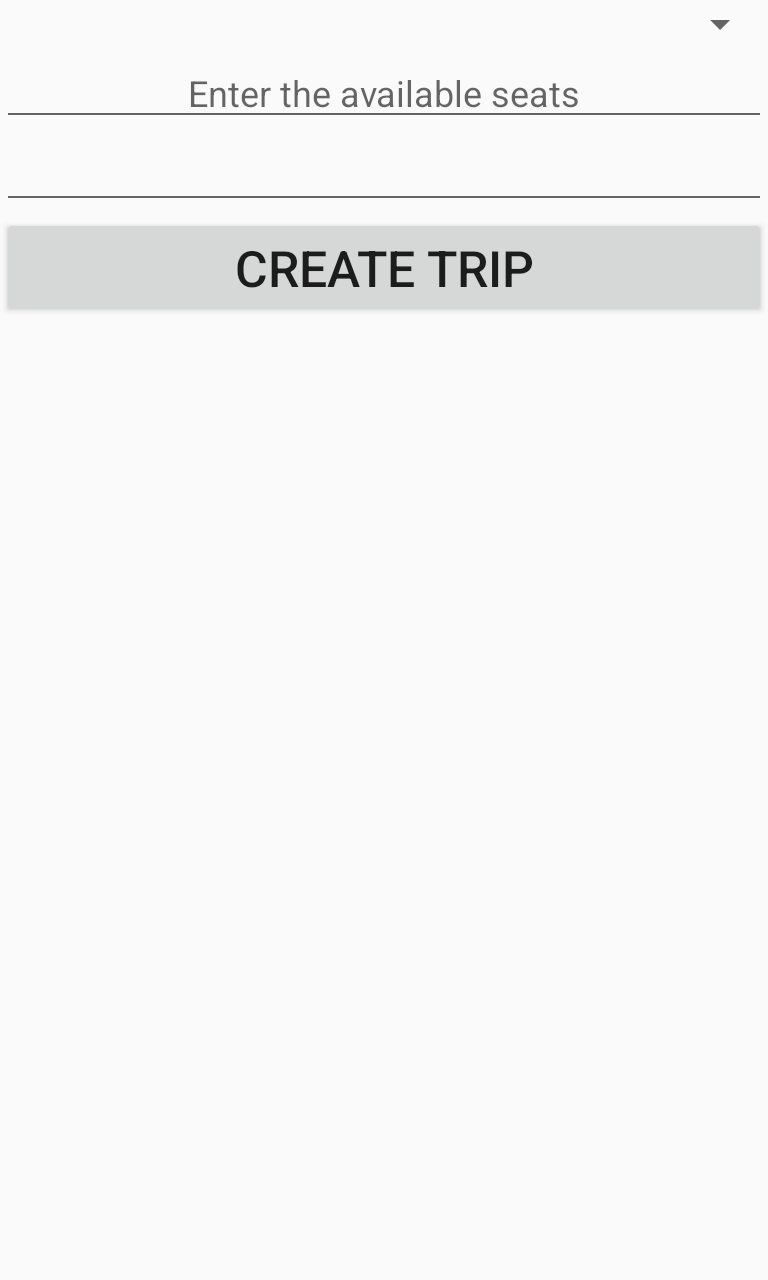
Repository: IvelinStanchev/EasyTravel
Layout: EasyTravel/res/layout/fragment_create_trip.xml
The author's editor kept a copy of each file at every save. The layout is drawn from the files as they stood at one save, then again after a run of saves.
It is drawn on a 768 x 1280 px phone screen (xhdpi) without system bars, with theme AppTheme; the app's code is not run. The app's manifest (not shown) leaves right-to-left support off. So textAlignment, textDirection and layoutDirection are ignored, and left and right values win over start and end ones.

Above is the layout before, as saved 2014-10-15 10:23:52.

After the next 2 saves:
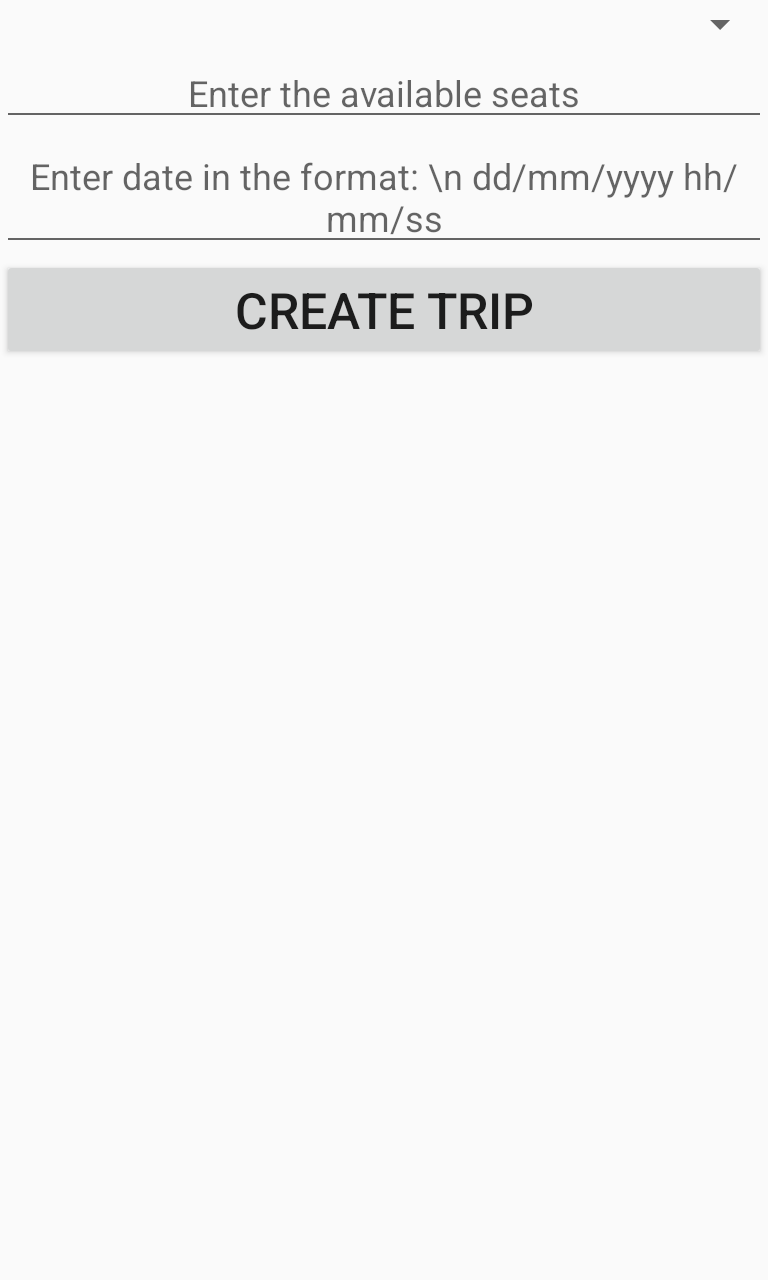
The 2 saves are shown as one change because 1 did not build or start.
The last was saved 6 min 49 s later.
--- a/EasyTravel/res/layout/fragment_create_trip.xml
+++ b/EasyTravel/res/layout/fragment_create_trip.xml
@@ -5,28 +5,12 @@
     android:orientation="vertical" >
 
     <Spinner
-    android:id="@+id/spinner_cities"
-    android:layout_width="fill_parent"
-    android:layout_height="wrap_content" />
-
-    <!-- <EditText
-        android:id="@+id/et_from_city"
-        android:layout_width="match_parent"
+        android:id="@+id/spinner_cities"
+        android:layout_width="fill_parent"
         android:layout_height="wrap_content"
         android:ems="10"
         android:gravity="center"
-        android:hint="Enter city of departure" >
-
-        <requestFocus />
-    </EditText>
-
-    <EditText
-        android:id="@+id/et_to_city"
-        android:layout_width="match_parent"
-        android:layout_height="wrap_content"
-        android:ems="10"
-        android:gravity="center"
-        android:hint="Enter city of arrival" /> -->
+        android:textDirection="2" />
 
     <EditText
         android:id="@+id/et_available_seats"
@@ -40,7 +24,9 @@
         android:id="@+id/et_get_date"
         android:layout_width="match_parent"
         android:layout_height="wrap_content"
-        android:ems="10" />
+        android:ems="10"
+        android:gravity="center"
+        android:hint="Enter date in the format: \n dd/mm/yyyy hh/mm/ss" />
 
     <Button
         android:id="@+id/btn_make_trip"
